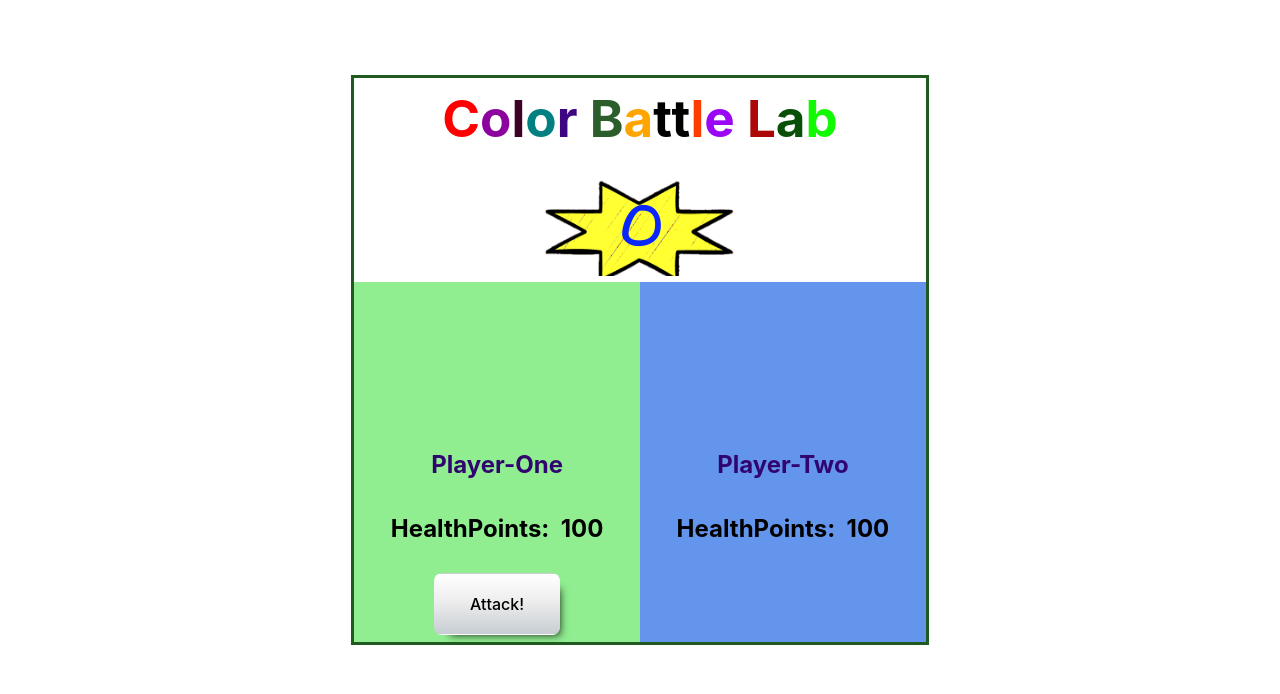
Repository: RAWdevX21/color-battle_lab-build
Page: /
These files come from the project's save history. The page is drawn as it stood at one moment and after the next save; the edit follows.
The browser window is 1280 px wide. The pictures show the whole page.
Some web fonts or font styles are not loaded; a fallback is used. The project was rebuilt for these pictures with package versions that can differ from the ones it lists, and the page was loaded fresh each time. Also part of the build but not shown: vite.config.js.

Above is the page before, as saved 2023-08-17 09:41:31.

After the next save:
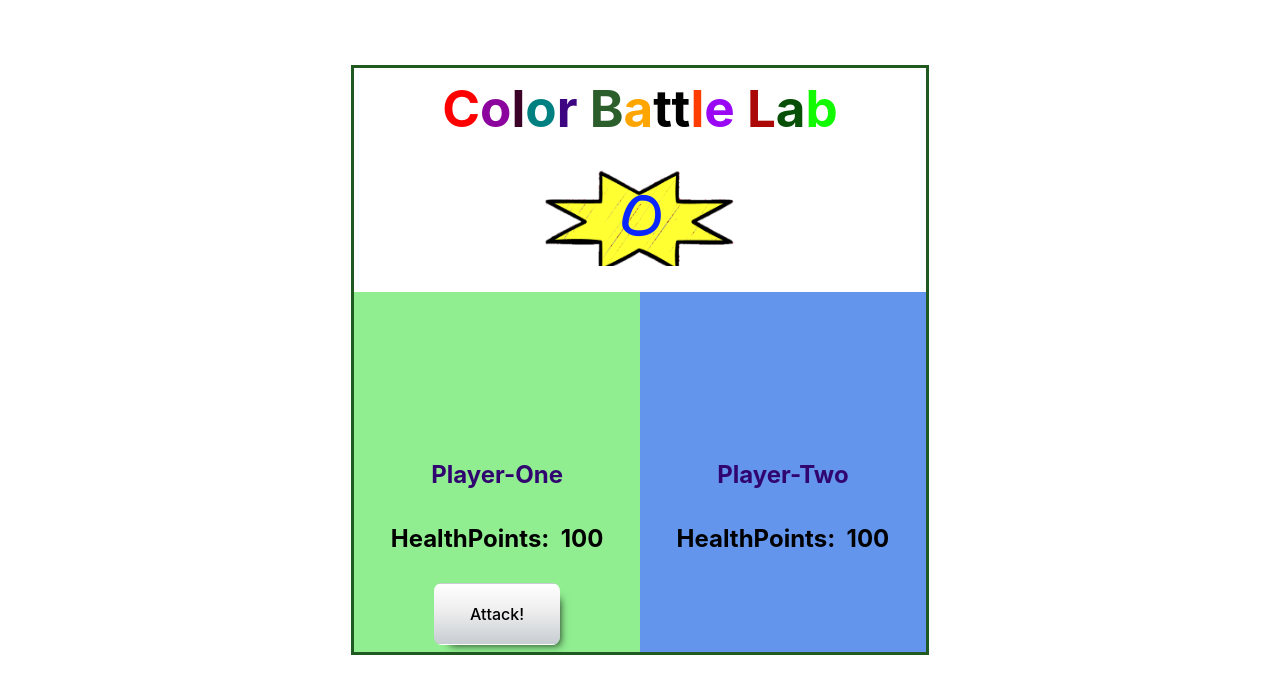
Saved 5 s later.
--- a/src/Components/GameBanner.css
+++ b/src/Components/GameBanner.css
@@ -3,7 +3,7 @@
     padding: 1em 5.5rem;
     background-color: #ffffff;
     color: black;
-    margin-bottom: -10px ;
+    margin-bottom: 10px ;
 }
 
 .damage-points {
